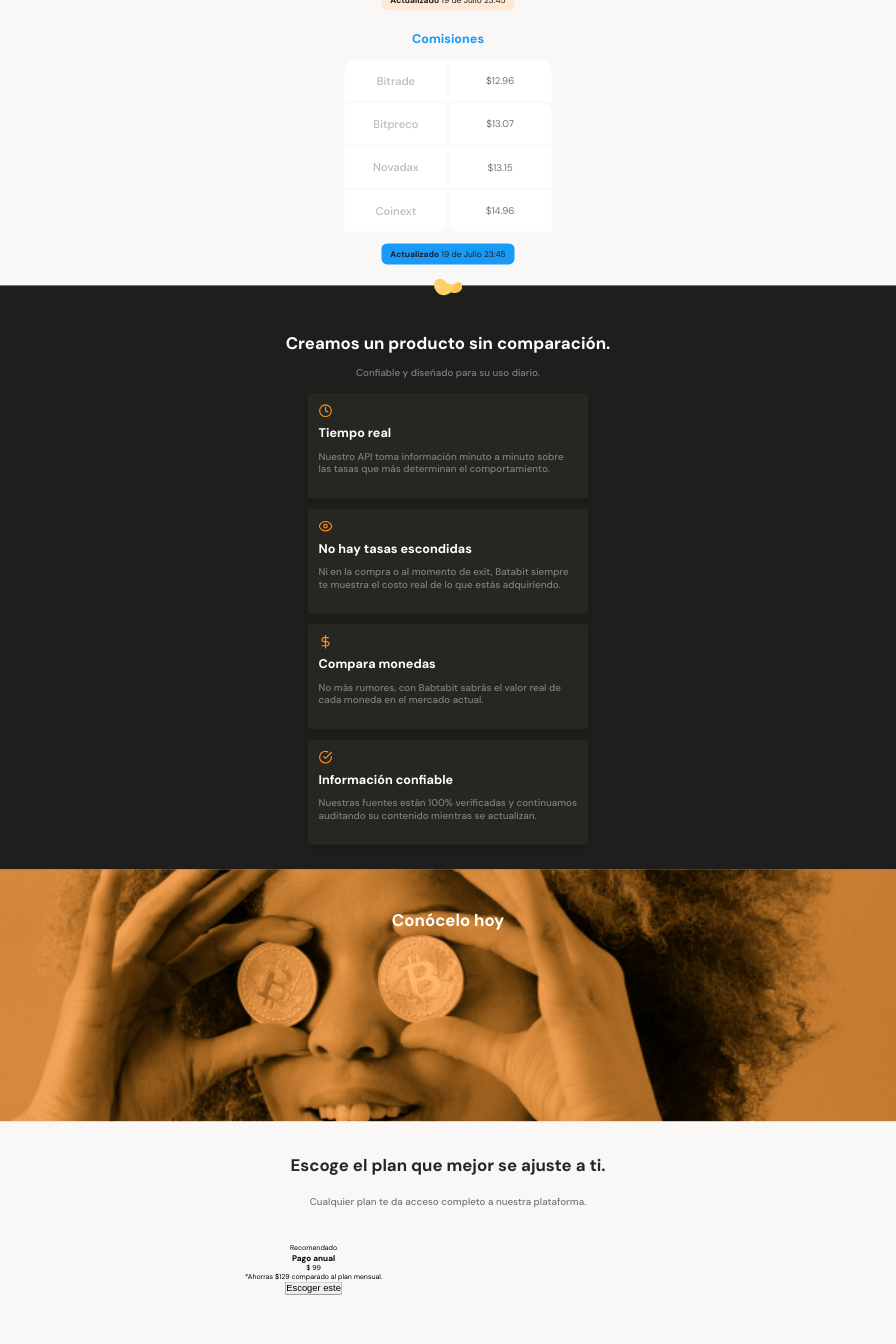
Repository: ChristianGecchelin/spa-full-css-html
Page: index.html
These files come from the project's save history. The page is drawn as it stood at one moment and after the next save; the edit follows.
The browser window is 1280 px wide. The pictures show the part of the page from y = 1084 to 3004 px (the page is 3004 px tall), at 70% of full size.

Above is the page before, as saved 2021-11-29 21:18:41.

After the next save:
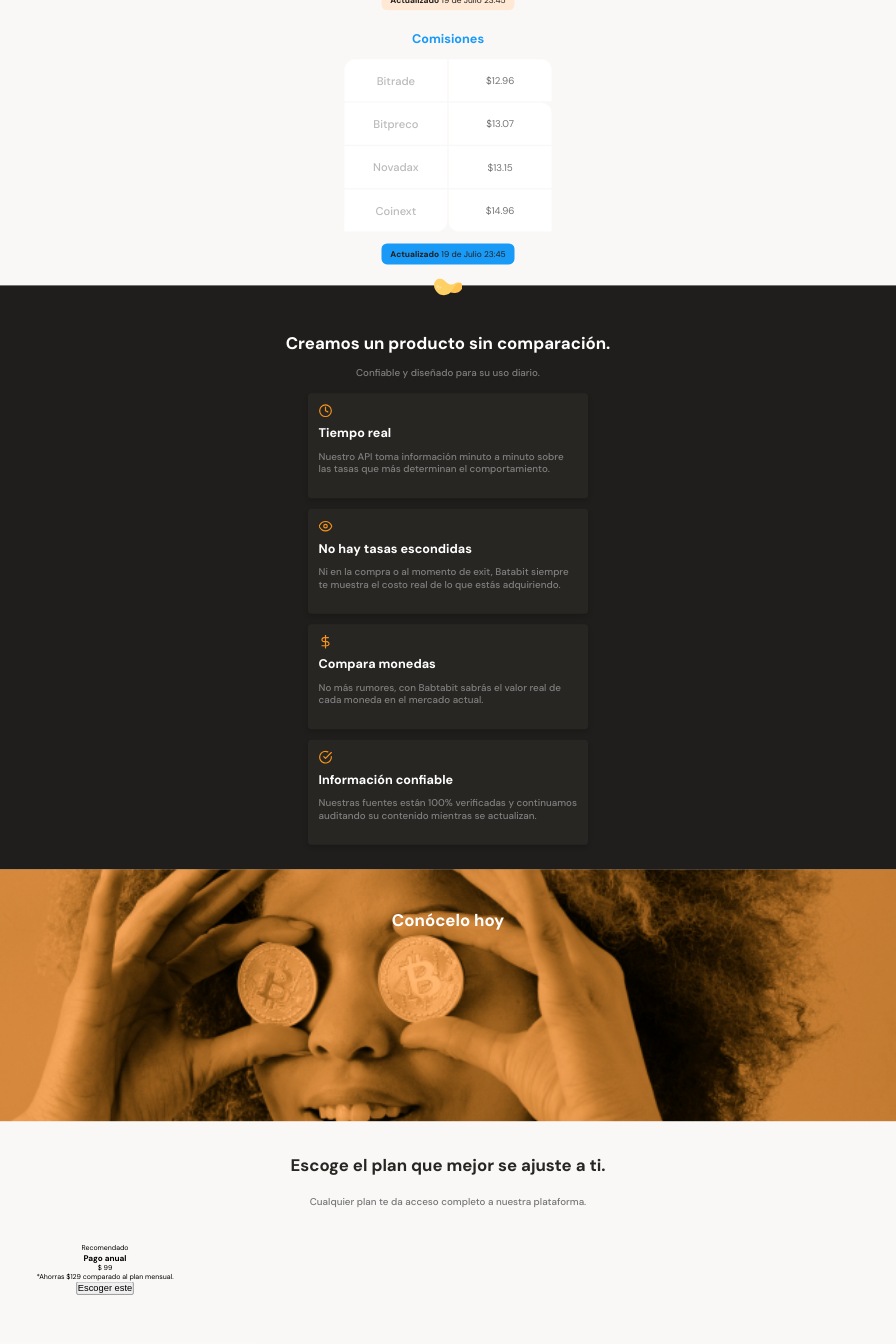
Saved 23 s later.
--- a/styles/styles.css
+++ b/styles/styles.css
@@ -399,4 +399,5 @@
   position: relative;
   width: 70%;
   min-width: 230px;
-}
+  max-width: 300px;
+}
